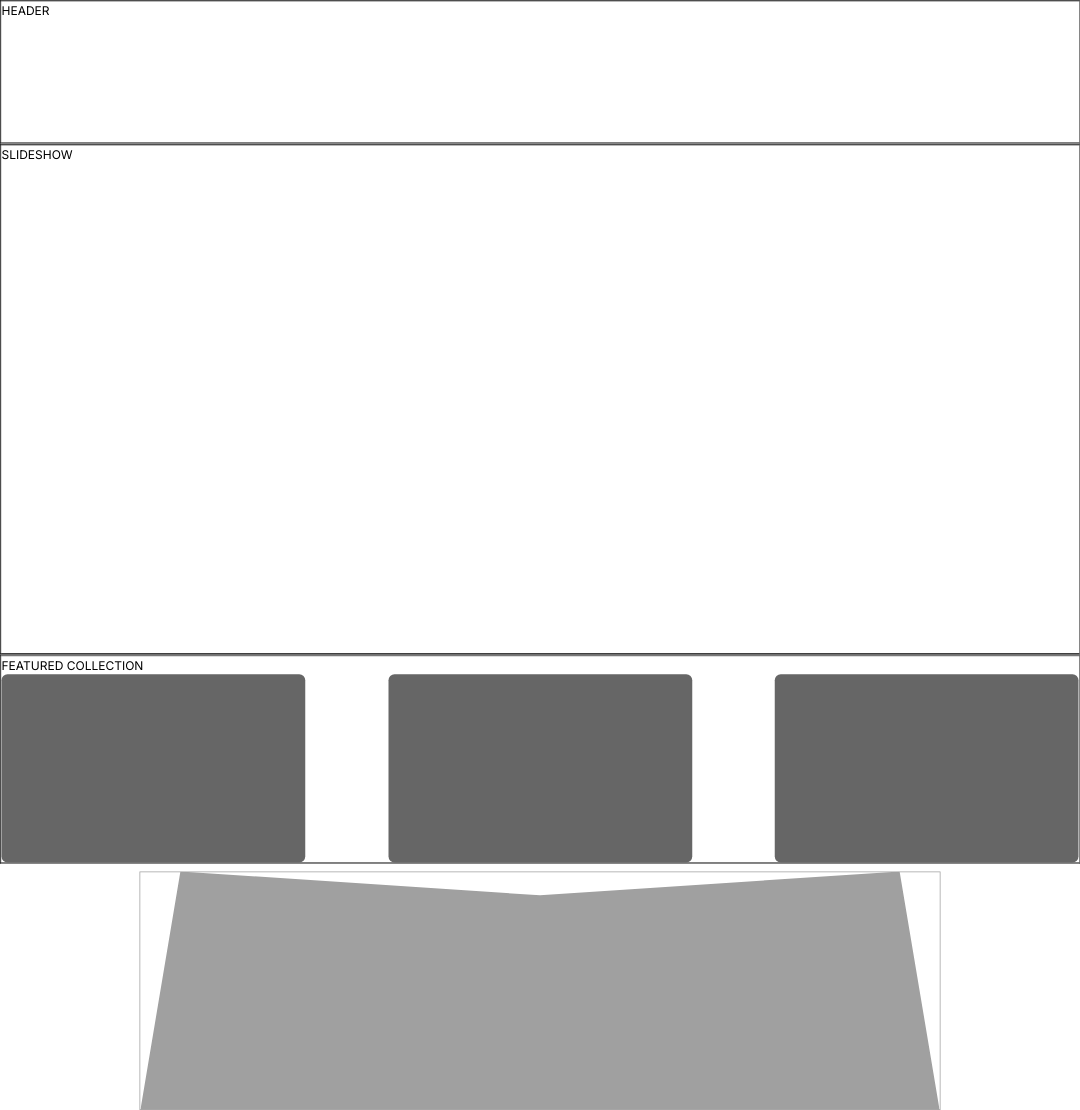
Repository: theophiloweb/landpage_disgital_store
Page: index.html
An editor plug-in stored every save of this project. The page is shown before and after the next save, followed by the edit.
The browser window is 1280 px wide. The page is 1440 px wide, so the pictures cover 1440 px, including what lies to the right of the window. The pictures show the whole page, at 75% of full size.

Above is the page before, as saved 2025-04-23 10:57:26.

### index.html
<!DOCTYPE html>
<html lang="en">

<head>
    <meta charset="UTF-8">
    <meta name="viewport" content="width=device-width, initial-scale=1.0">
    <title>Document</title>
    <script src="https://cdn.jsdelivr.net/npm/@tailwindcss/browser@4"></script>
    <link rel="stylesheet" href="style.css">
    <link rel="shortcut icon" href="./images/logo.svg" type="image/x-icon">
</head>

<body>

    <!-- Container principal  -->
    <div class="container">

        <header>
            <p>HEADER</p>
        </header>

        <main>

            <aside>

                <section class="slideshow">
                    <p>SLIDESHOW</p>
                </section>

                <section class="featured_collection">
                    <p>FEATURED COLLECTION</p>
                    <div class="img_featured_collection">
                        <div class="img_featured_collection_img1"></div>
                        <div class="img_featured_collection_img2"></div>
                        <div class="img_featured_collection_img3"></div>
                    </div>
                </section>

                <section class="featured_collection_2">

                    <div class="featured_collection_2_box1">
                        <div class="featured_collection_2_box2"></div>
                    </div>


                </section>

            </aside>

        </main>
    </div>
</body>

</html>

### style.css
@import url('https://fonts.googleapis.com/css2?family=Inter:ital,opsz,wght@0,14..32,100..900;1,14..32,100..900&family=Oswald:wght@200..700&family=Roboto:ital,wght@0,100..900;1,100..900&display=swap');

:root {
    --color-dark: #1F1F1F;
    --dark-gray-1: #474747;
    --dark-gray-2: #666666;
    --light-gray-1: #8F8F8F;
    --light-gray-2: #CCCCCC;
    --light-gray-3: #F5F5F5;
    --white: #FFFFFF;
    --primary: #C92071;
    --secundary: #B5B6F2;
    --tTertiary: #991956;
    --error: #EE4266;
    --success: #52CA76;
    --warning: #F6AA1C;
    --primary-g: linear-gradient(top, #C92071 0%, #EDABCA 100%);
    --secondary-g: linear-gradient(top, #B5B6F2 0%, #EFEFFF 100%);
}

* {
    margin: 0;
    padding: 0;
    box-sizing: border-box;
    font-family: "Inter", sans-serif;
}

body {
    width: 100%;
    height: auto;
    display: grid;
    place-items: center;
    grid-template-columns: auto;
    grid-template-rows: auto;
}

.container {
    display: grid;
    grid-template-rows: 1fr;
    place-items: center;
    max-width: 1440px;

}

/* Header */
header {
    border: 2px groove var(--color-dark);
    width: 1440px;
    height: 192px;
}

/* Section Central Slideshow */
.slideshow {
    border: 2px groove var(--color-dark);
    width: 1440px;
    height: 681px;
}

/* Section Central featured_collection - Image */
.featured_collection {
    border: 2px groove var(--color-dark);
    max-width: 1440px;
}

.img_featured_collection {
    display: flex;

    justify-content: space-between;
}

.img_featured_collection_img1 {
    width: 405px;
    height: 251px;
    border-radius: 8px;
    background-color: var(--dark-gray-2);
}

.img_featured_collection_img2 {
    width: 405px;
    height: 251px;
    border-radius: 8px;
    background-color: var(--dark-gray-2);
}

.img_featured_collection_img3 {
    width: 405px;
    height: 251px;
    border-radius: 8px;
    background-color: var(--dark-gray-2);
}

/* Section Central featured_collection 2 */
.featured_collection_2 {
    display: flex;
    justify-content: center;
    max-width: 1440px;
    margin-top: 10px;
}

.featured_collection_2_box1 {
    width: 1067.5px;
    height: 317.5px;
    position: relative;
    display: flex;
    justify-content: center;
    align-items: center;
    box-sizing: border-box;
    /* Borda clara para o retângulo externo */
    border: 1px solid #a0a0a0;
    /* Cor de borda clara */
}

.featured_collection_2_box2 {
    width: 1067.5px;
    height: 317.5px;
    border: none;
    border-radius: 0;
    position: relative;
    overflow: hidden;
    /* Cor da borda do polígono */
    background-color: #a0a0a0;
    /* Define a forma de polígono conforme a foto */
    -webkit-clip-path: polygon(5% 0%, 50% 10%, 95% 0%, 100% 100%, 0% 100%);
    clip-path: polygon(10% 50% 10%, 95% 0%, 100% 100%, 0% 100%);
    box-sizing: border-box;
}

.featured_collection_2_box2::before {
    content: '';
    position: absolute;
    /* Posição e tamanho para simular a borda (ex: 2px de espessura) */
    top: 2px;
    left: 2px;
    width: calc(100% - 4px);
    height: calc(100% - 4px);
    /* Fundo transparente para mostrar apenas a borda */
    background-color: transparent;
    /* Aplica o mesmo clip-path */
    -webkit-clip-path: polygon(5% 0%, 50% 10%, 95% 0%, 100% 100%, 0% 100%);
    clip-path: polygon(5% 0%, 50% 10%, 95% 0%, 100% 100%, 0% 100%);
}

After the next save:
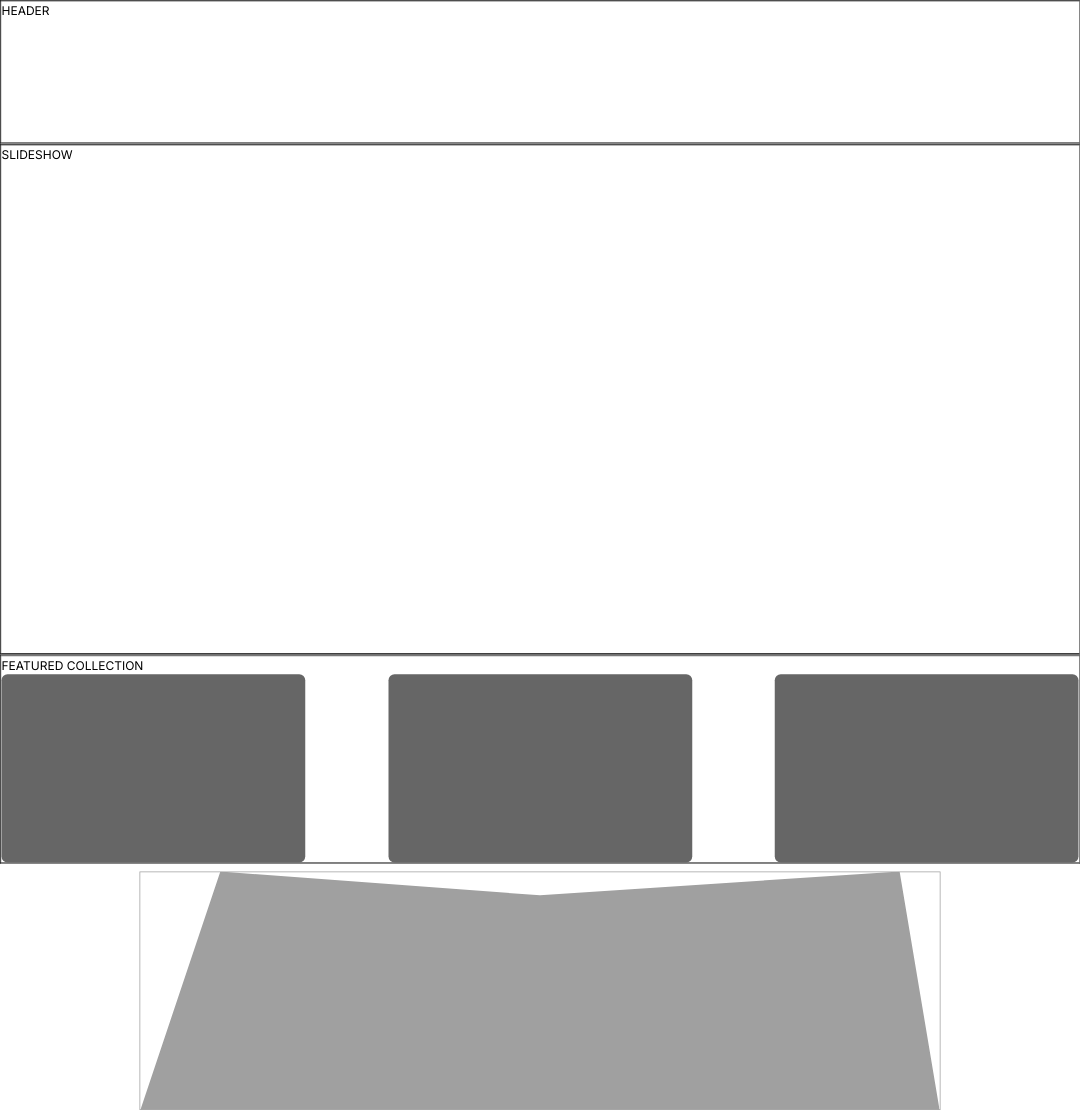
Saved 18 s later.
--- a/style.css
+++ b/style.css
@@ -121,7 +121,7 @@ header {
     background-color: #a0a0a0;
     /* Define a forma de polígono conforme a foto */
     -webkit-clip-path: polygon(5% 0%, 50% 10%, 95% 0%, 100% 100%, 0% 100%);
-    clip-path: polygon(10% 50% 10%, 95% 0%, 100% 100%, 0% 100%);
+    clip-path: polygon(10% 0%, 50% 10%, 95% 0%, 100% 100%, 0% 100%);
     box-sizing: border-box;
 }
 
